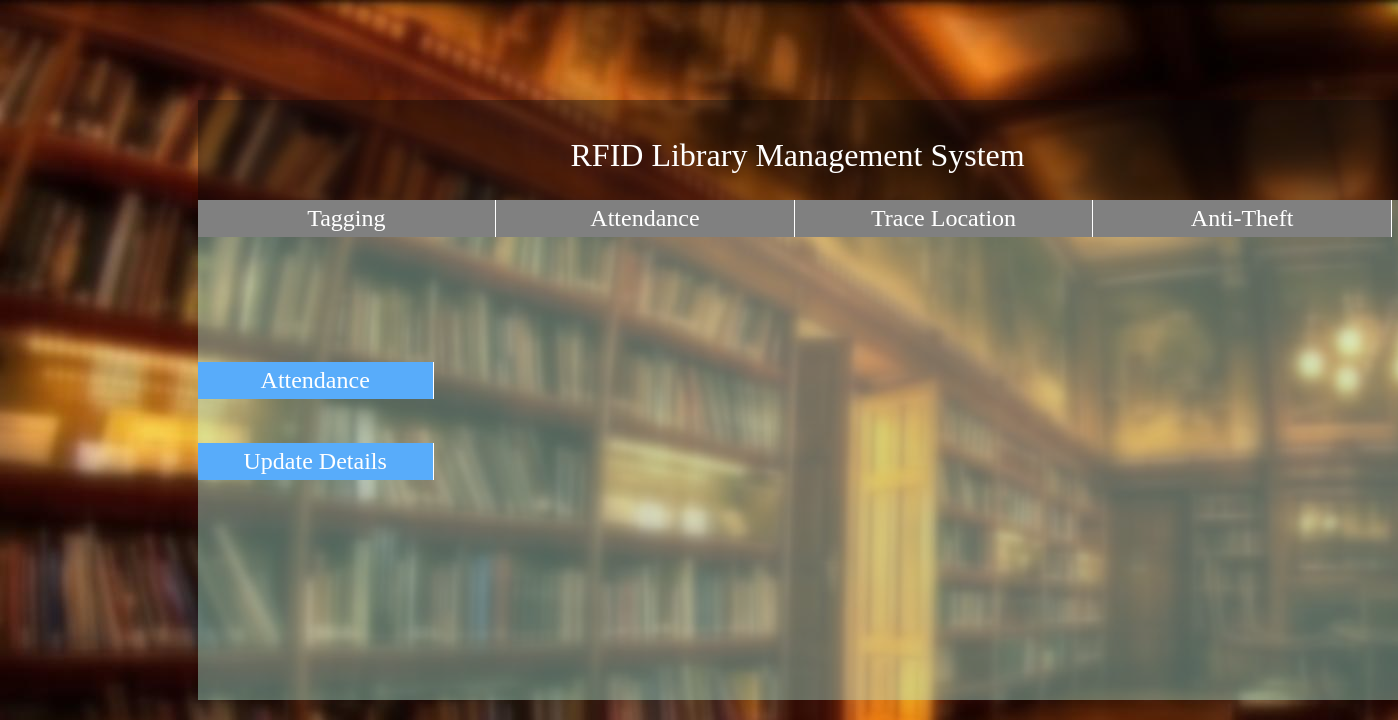
Repository: vigineshs/A-Smart-Data-Analyzer-for-Library-Management-System
Page: http://localhost/librarymgmt/attend.jsp
The author's editor kept a copy of each file at every save. The page is drawn from the files as they stood at one save, then again after the next save.
The browser window is 1280 px wide. The page is 1398 px wide, so the pictures cover 1398 px, including what lies to the right of the window. The pictures show the whole page.
The page is served by Tomcat 9.

Above is the page before, as saved 2013-02-11 14:43:50.

After the next save:
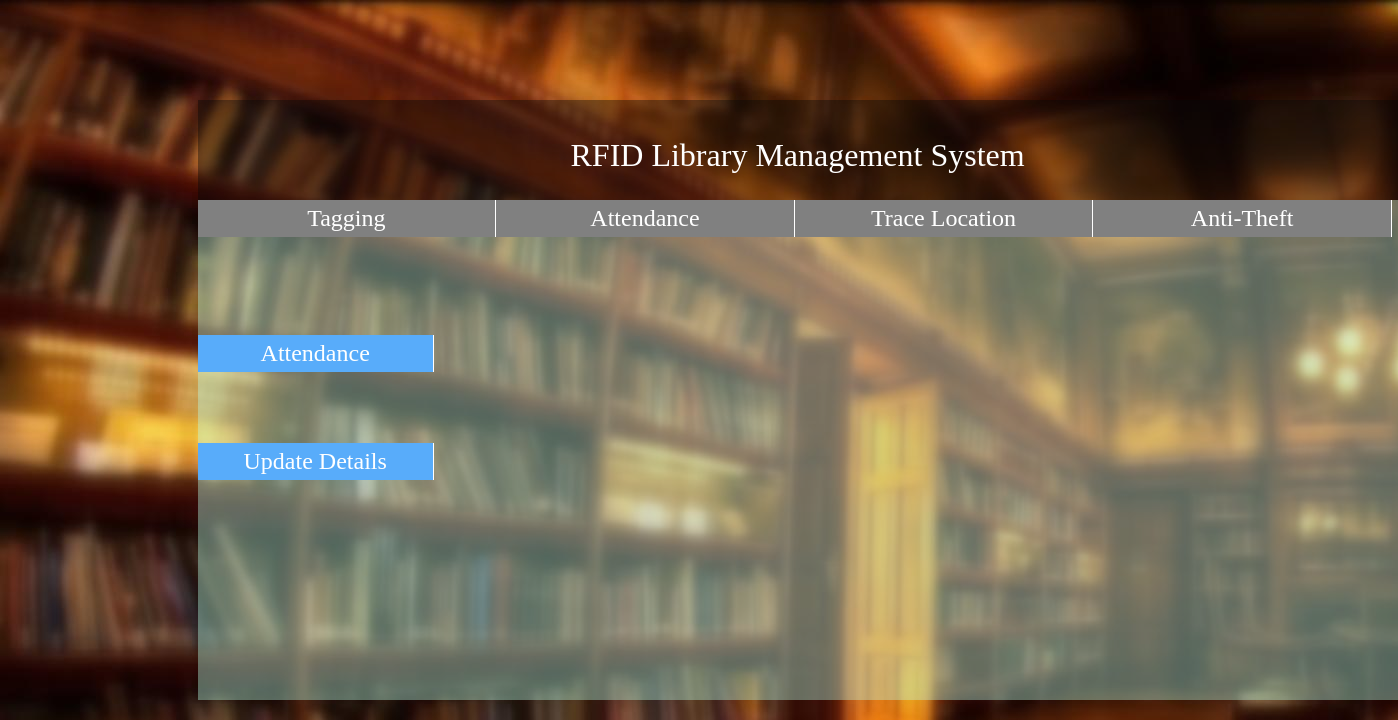
Saved 10 s later.
--- a/PassiveRFID/CS203-Version 1.0.6/Demo Applications/Dot Net C#/Demo Applications Source Code/RFID/librarymgmt/WebContent/attend.jsp
+++ b/PassiveRFID/CS203-Version 1.0.6/Demo Applications/Dot Net C#/Demo Applications Source Code/RFID/librarymgmt/WebContent/attend.jsp
@@ -22,8 +22,8 @@ RFID Library Management System
 </ul>
 <br/><br/>
 	<div id="lcon">
-	<br/><br/><br/><br/>
-<a href="attendance.jsp">Attendance</a><br/><br/><br/>
+	<br/><br/><br/>
+<a href="attendance.jsp">Attendance</a><br/><br/><br/><br/>
 <a href="updetails.jsp">Update Details</a><br/>
 	</div>
 	<div id="rcon">
